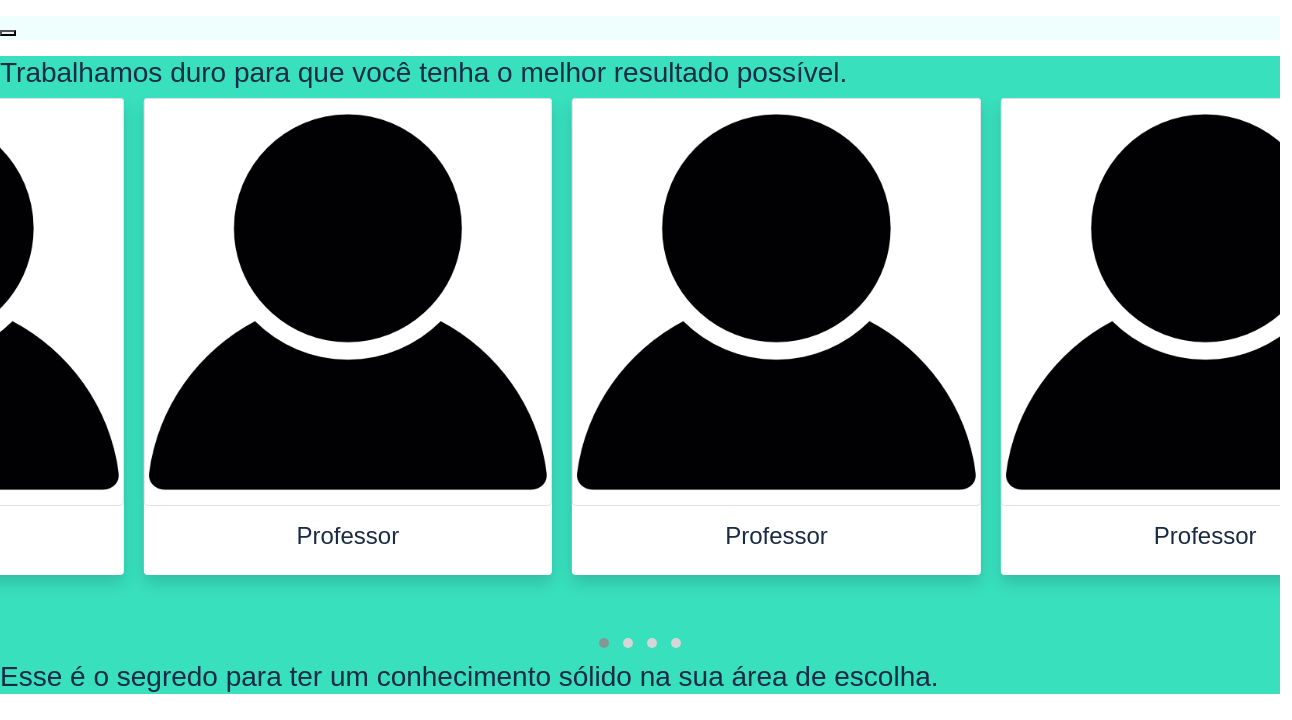
Repository: MarTech-Coders-Planejamento/site-oficial
Page: home.html
The author's editor kept a copy of each file at every save. The page is drawn from the files as they stood at one save, then again after the next save.
The browser window is 1280 px wide. The page is 1292 px wide, so the pictures cover 1292 px, including what lies to the right of the window. The pictures show the whole page.
Some web fonts or font styles are not loaded; a fallback is used.

Above is the page before, as saved 2021-10-22 23:30:24.

After the next save:
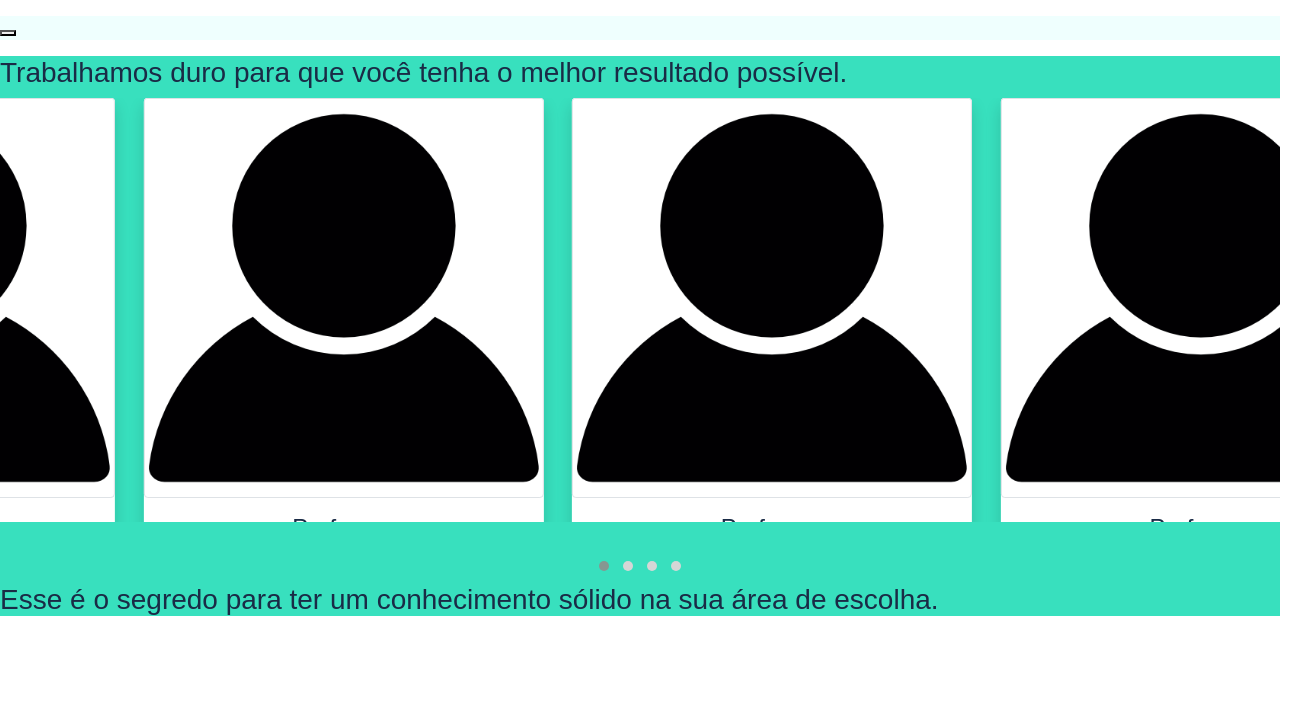
Saved 3 min 43 s later.
--- a/css/home.css
+++ b/css/home.css
@@ -23,6 +23,11 @@
   color: var(--texto);
 }
 
+.item{
+  width: 400px;
+  height: 400px;
+}
+
 .owl-stage{
   padding: 0;
 }

After the save that followed:
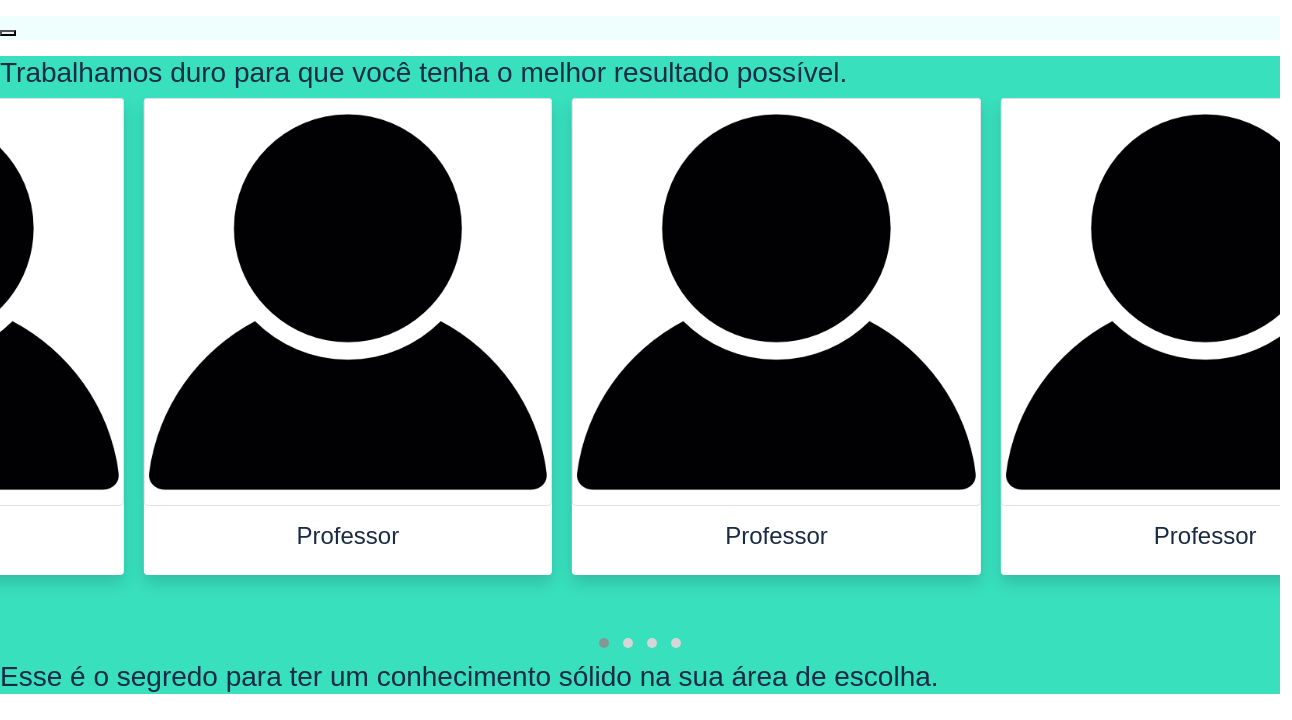
Saved 11 s later.
--- a/css/home.css
+++ b/css/home.css
@@ -23,11 +23,6 @@
   color: var(--texto);
 }
 
-.item{
-  width: 400px;
-  height: 400px;
-}
-
 .owl-stage{
   padding: 0;
 }
